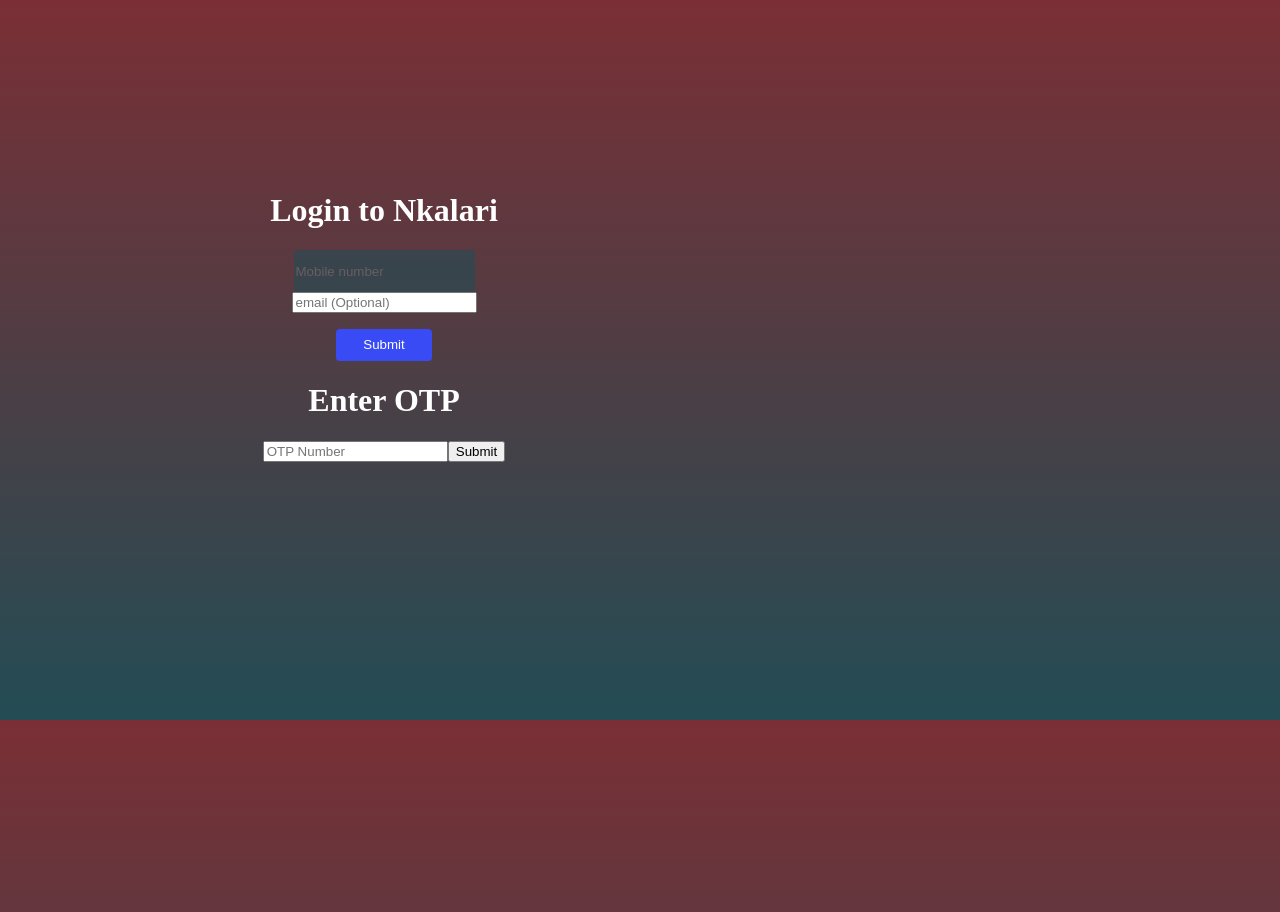
Repository: jagan607/N-Kalari
Page: /
These files come from the project's save history. The page is drawn as it stood at one moment and after the next save; the edit follows.
The browser window is 1280 px wide. The pictures show the whole page.
The project was rebuilt for these pictures with package versions that can differ from the ones it lists, and the page was loaded fresh each time. Also part of the build but not shown: src/App.css, src/components/wallet/index.css, src/services/user.service.js, src/actions/user.action.js, src/components/wallet/Wallet.js. Imported but missing from the stored project, and not drawn on this page: src/constants/user.constants, src/reducers/rootReducer.

Above is the page before, as saved 2022-01-08 16:58:16.

### src/index.css
body,
html,
.App,
#root,
.main {
  width: 100%;
  height:100%;
  scroll-behavior: smooth;

}
body{
    margin: 0;
    padding: 0;
    text-align: center;
    background-image: linear-gradient(#7A2F35, #234C54);
  }

### src/App.js
import logo from './logo.svg';
import './App.css';
import React, { Component } from "react"
import Login from './components/Login/Login'
import {Wallet} from './components/wallet/Wallet'
import {history} from './helpers/history'
import {Router, Route, Routes } from "react-router-dom";


class App extends Component {
  constructor(props) {
    super(props);
  }

  render() {
    return(
      <div>
        <Login></Login>

        {/* <Wallet></Wallet> */}

          {/* <Route exact path="/">
          </Route> */}
          {/* <Route exact path="/wallet">
            <Wallet/>
          </Route> */}
     </div>
    );
}
}

export default App;

### src/helpers/store.js
import { createStore, applyMiddleware, compose } from "redux";
import thunkMiddleware from "redux-thunk";
import { createLogger } from "redux-logger";
import rootReducer from "./../reducers/rootReducer";


const composeEnhancers = window.__REDUX_DEVTOOLS_EXTENSION_COMPOSE__ || compose;

const loggerMiddleware = createLogger();

export const store = createStore(
  rootReducer,
  composeEnhancers(applyMiddleware(thunkMiddleware, loggerMiddleware))
);

### src/components/Login/Login.js
import { render } from "@testing-library/react";
import React, { Component } from "react"
import {Wallet} from "../wallet/Wallet";
import firebase from './../../helpers/firebase'
import {history} from './../../helpers/history'
import styles from './index.css';

class Login extends Component{
    constructor(props){
        super(props);

    }


handleChange = (e) =>{
    const {name, value } = e.target
    this.setState({
        [name]: value
      })
  }
  configureCaptcha = () =>{
    window.recaptchaVerifier = new firebase.auth.RecaptchaVerifier('sign-in-button', {
      'size': 'invisible',
      'callback': (response) => {

        this.onSignInSubmit();
        console.log("Recaptca varified")
      },
      defaultCountry: "IN"
    });
  }
  onSignInSubmit = (e) => {
    e.preventDefault()
    this.configureCaptcha()
    const phoneNumber = "+91" + this.state.mobile
    console.log(phoneNumber)
    const appVerifier = window.recaptchaVerifier;
    firebase.auth().signInWithPhoneNumber(phoneNumber, appVerifier)
        .then((confirmationResult) => {

          window.confirmationResult = confirmationResult;
          console.log("OTP has been sent")

        }).catch((error) => {

          console.log("SMS not sent")
        });
  }
  onSubmitOTP = (e) =>{
    e.preventDefault()
    const code = this.state.otp
    console.log(code)
    window.confirmationResult.confirm(code).then((result) => {
      // User signed in successfully.
      const user = result.user;
      console.log(JSON.stringify(user))
      return <Wallet></Wallet>

    }).catch((error) => {

    });
  }

render(){
    return(
        <div className="login-input-section">
        <h1 className="Login-heading">Login to Nkalari</h1>
        <form onSubmit={this.onSignInSubmit}>
          {/* <div id="sign-in-button" ></div> */}
          <input className="mobile-input" type="number" name="mobile" placeholder="Mobile number" required onChange={this.handleChange}/>

        </form>

        <form onSubmit={this.onSignInSubmit}>
          {/* <div id="sign-in-button" ></div> */}
          <input className="email-input" type="text" name="email" placeholder="email (Optional)" required onChange={this.handleChange}/>

        </form>
        <button type="submit" className="btn-signin">Submit</button>

        <h1>Enter OTP</h1>
        <form onSubmit={this.onSubmitOTP}>
          <input type="number" name="otp" placeholder="OTP Number" required onChange={this.handleChange}/>
          <button type="submit">Submit</button>
        </form>
      </div>
    );
}

}

export default Login;

### src/helpers/firebase.js
import firebase from 'firebase/compat/app';
import 'firebase/compat/auth';

var firebaseConfig = {
    apiKey: "AIzaSyDZjLb_085wvPOTY7agukIuBDpo2tSR5GM",
    authDomain: "nkalari-8f0ee.firebaseapp.com",
    projectId: "nkalari-8f0ee",
    storageBucket: "nkalari-8f0ee.appspot.com",
    messagingSenderId: "627102137961",
    appId: "1:627102137961:web:5232a754646159907d6cf8",
    measurementId: "G-GL01VM6V4Y"
  };

firebase.initializeApp(firebaseConfig);

export default firebase;

### src/components/Login/index.css

.login-input-section{
    width: 60%;
    height: 100%;
    color: white;
    margin-top: 15%;
    margin-left: 0;
}

.mobile-input{
    height: 40px;
    background-color: #234C54;
    opacity: 0.6;
    border-radius: 3px;
    border :none;
}

.btn-signin{
    width: 6rem;
    height: 2rem;
    background: #384BF5;
    border-radius: 4px;
    color: white;
    border: none;
    max-width: 100%;
    margin-top: 2%;

}

Loaded but not shown: public/index.html (common file); src/index.js (common file); src/reportWebVitals.js (common file); src/helpers/history.js (common file)

After the next save:
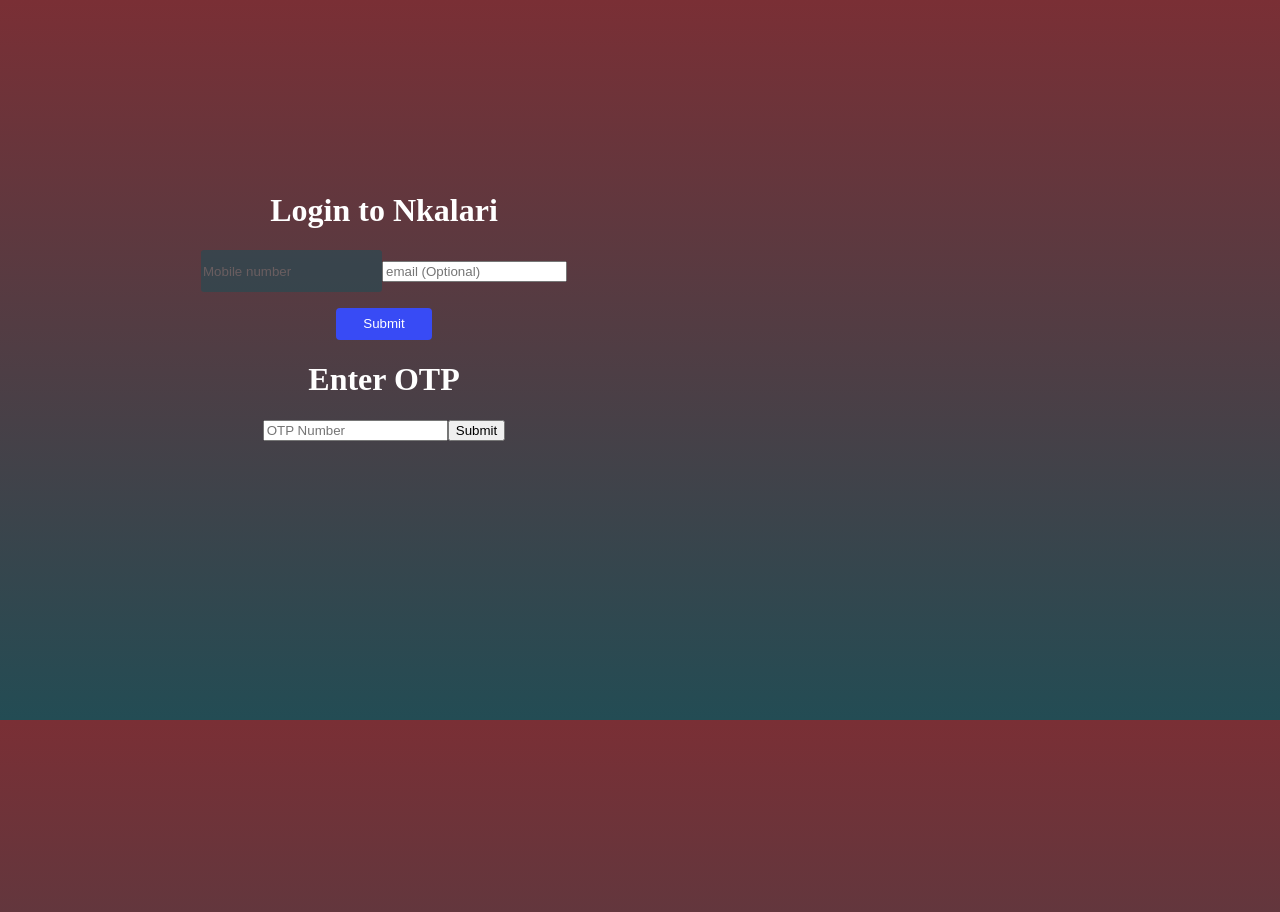
Saved 30 s later.
--- a/src/components/Login/Login.js
+++ b/src/components/Login/Login.js
@@ -69,11 +69,8 @@
           {/* <div id="sign-in-button" ></div> */}
           <input className="mobile-input" type="number" name="mobile" placeholder="Mobile number" required onChange={this.handleChange}/>
 
-        </form>
 
-        <form onSubmit={this.onSignInSubmit}>
-          {/* <div id="sign-in-button" ></div> */}
-          <input className="email-input" type="text" name="email" placeholder="email (Optional)" required onChange={this.handleChange}/>
+          <input className="email-input" type="text" name="email" placeholder="email (Optional)" onChange={this.handleChange}/>
 
         </form>
         <button type="submit" className="btn-signin">Submit</button>
